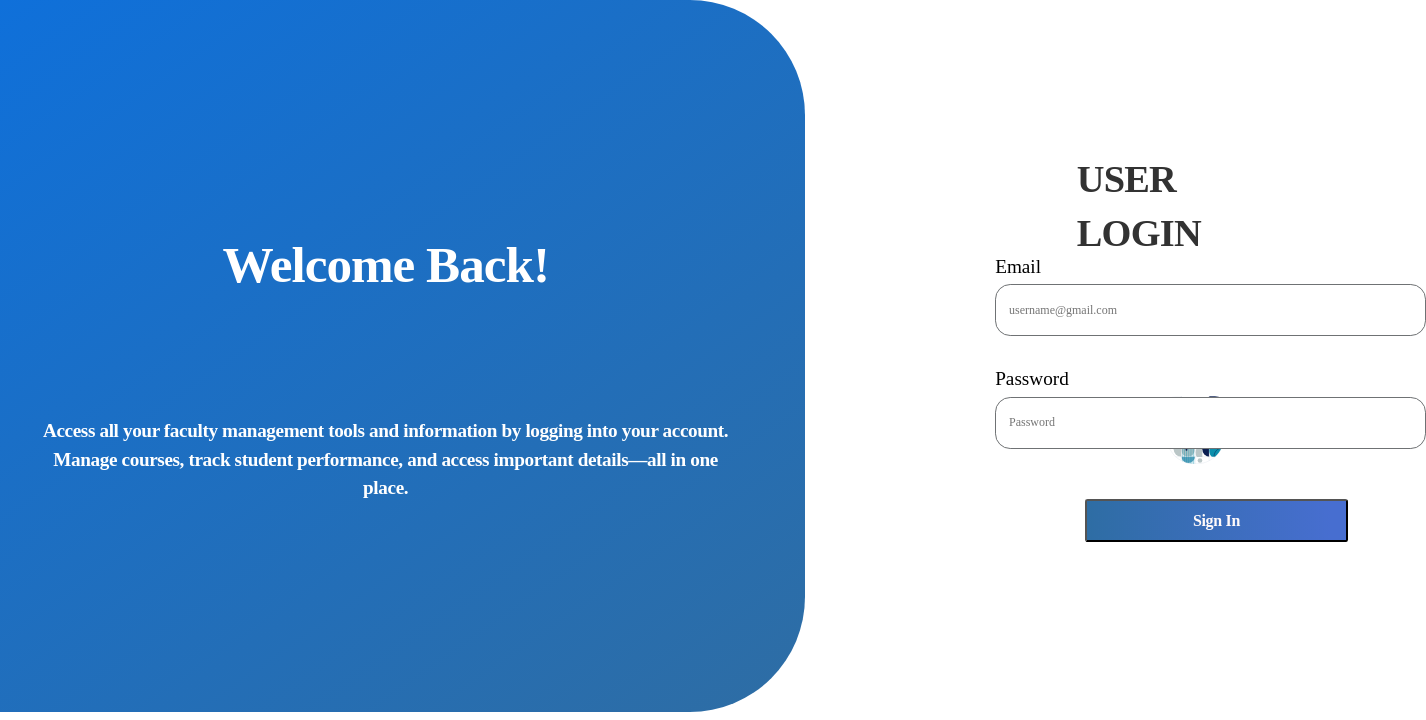
Repository: xedha/ProjetS4
Page: / (app in Frontend/)
An editor plug-in stored every save of this project. The page is shown before and after the next save, followed by the edit.
The browser window is 1280 px wide. The page is 1426 px wide, so the pictures cover 1426 px, including what lies to the right of the window. The pictures show the whole page.
The project was rebuilt for these pictures with package versions that can differ from the ones it lists, and the page was loaded fresh each time. Also part of the build but not shown: Frontend/vite.config.ts, Frontend/src/components/common/Header.css, Frontend/src/components/common/Header.tsx, Frontend/src/components/common/Sidebar.css, Frontend/src/components/common/Sidebar.tsx, Frontend/src/services/api.ts, Frontend/src/components/common/Search.tsx, Frontend/src/components/common/AddButton.tsx and 6 more.

Above is the page before, as saved 2025-04-13 20:07:47.

After the next save:
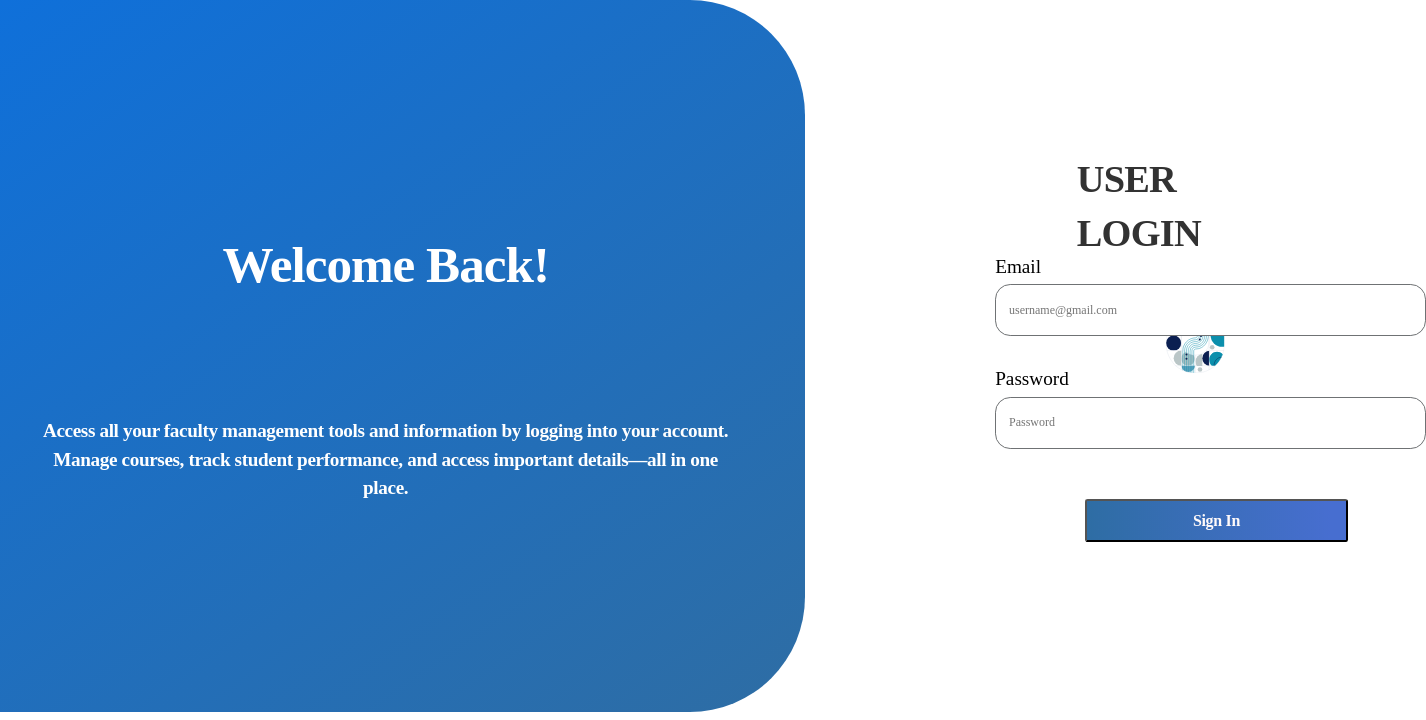
Saved 9 s later.
--- a/Frontend/src/components/login/RightPanel.css
+++ b/Frontend/src/components/login/RightPanel.css
@@ -136,7 +136,7 @@ html {
     position: absolute;
 
     left : 7rem;
-     top: 19rem;
+     top: 11.88rem;
      bottom: ;
 
   }
